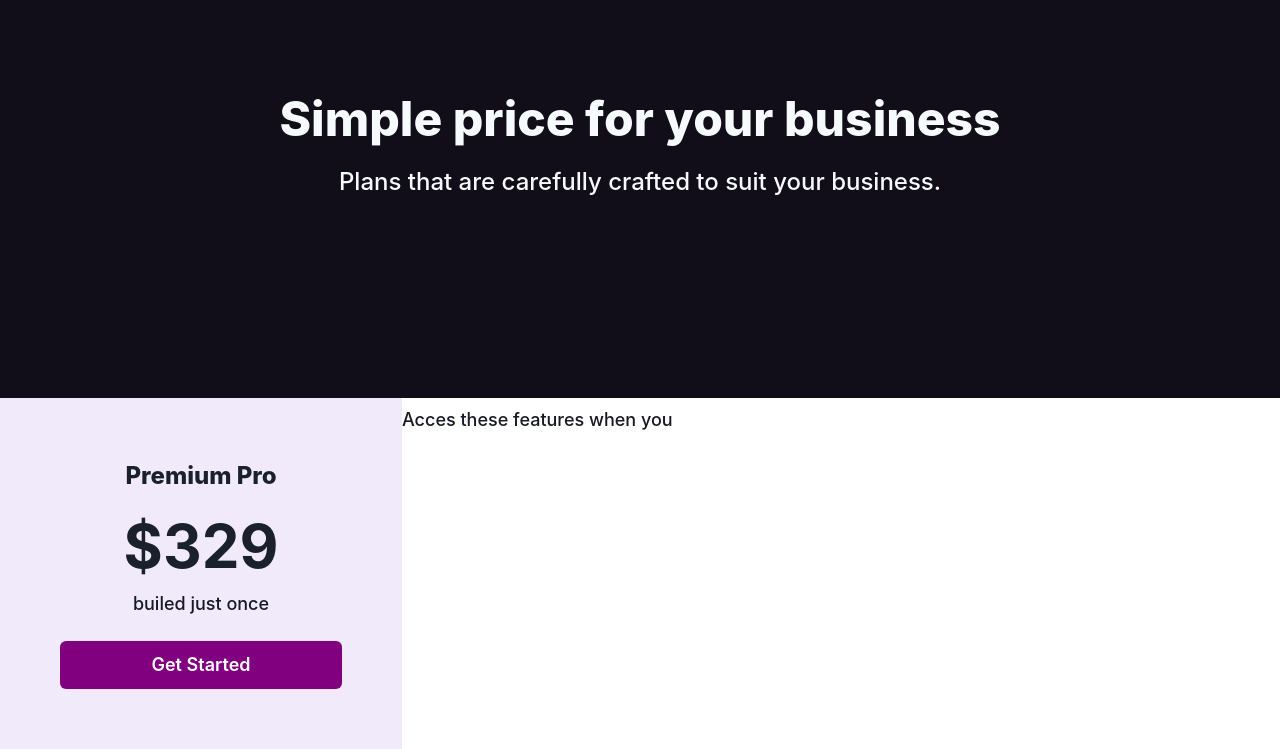
Repository: noutijo/learn-in-depth-chakra-ui
Page: /
An editor plug-in stored every save of this project. The page is shown before and after a run of saves, followed by the edit.
The browser window is 1280 px wide. The pictures show the whole page.
The project was rebuilt for these pictures with package versions that can differ from the ones it lists, and the page was loaded fresh each time. Also part of the build but not shown: vite.config.ts.

Above is the page before, as saved 2023-01-30 16:02:04.

After the next 3 saves:
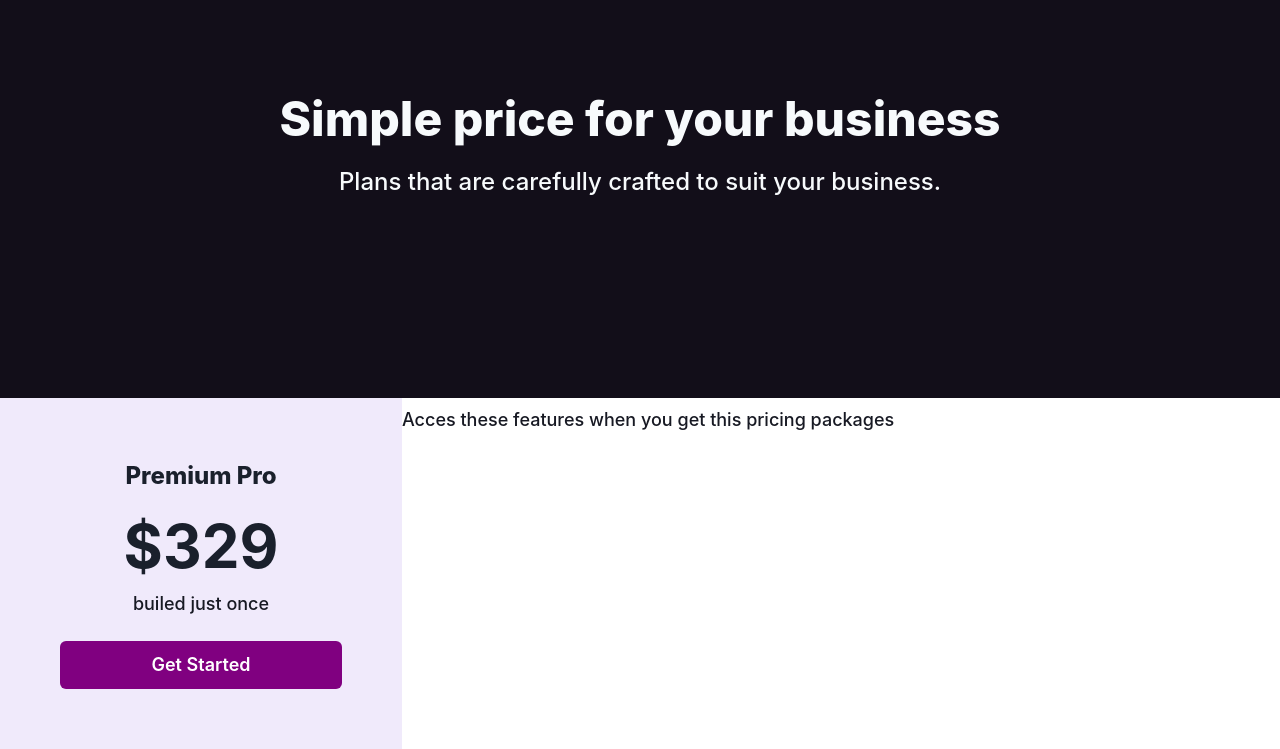
The 3 saves are shown as one change because they came seconds apart.
The last was saved 11 s later.
--- a/src/components/Pricing.tsx
+++ b/src/components/Pricing.tsx
@@ -39,7 +39,7 @@ export function Pricing() {
 
         <Box>
             <Text fontSize="18px" fontWeight="500" color="#171923" mt="8px">
-            Acces these features when you
+            Acces these features when you get this pricing packages
           </Text>
         </Box>
       </Flex>
